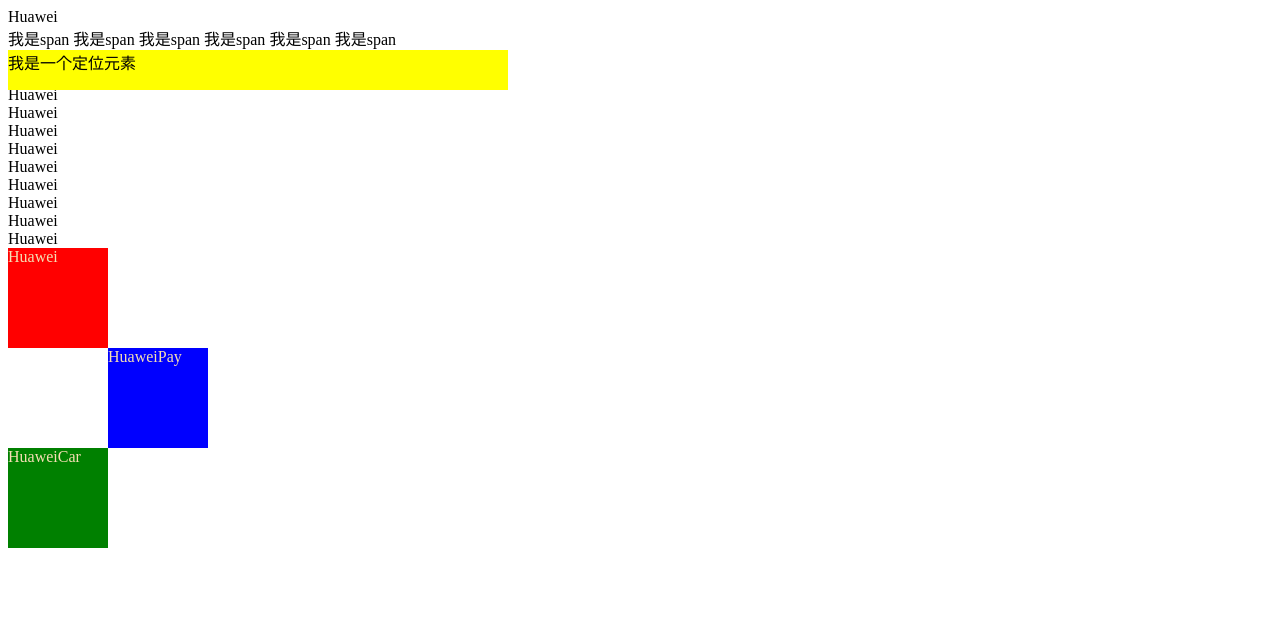
Repository: nanvon/front-end_byhuawei
Page: CSS层级.html
The author's editor kept a copy of each file at every save. The page is drawn from the files as they stood at one save, then again after a run of saves.
The browser window is 1280 px wide. The pictures show the whole page.

Above is the page before, as saved 2020-12-10 20:32:25.

After the next 9 saves:
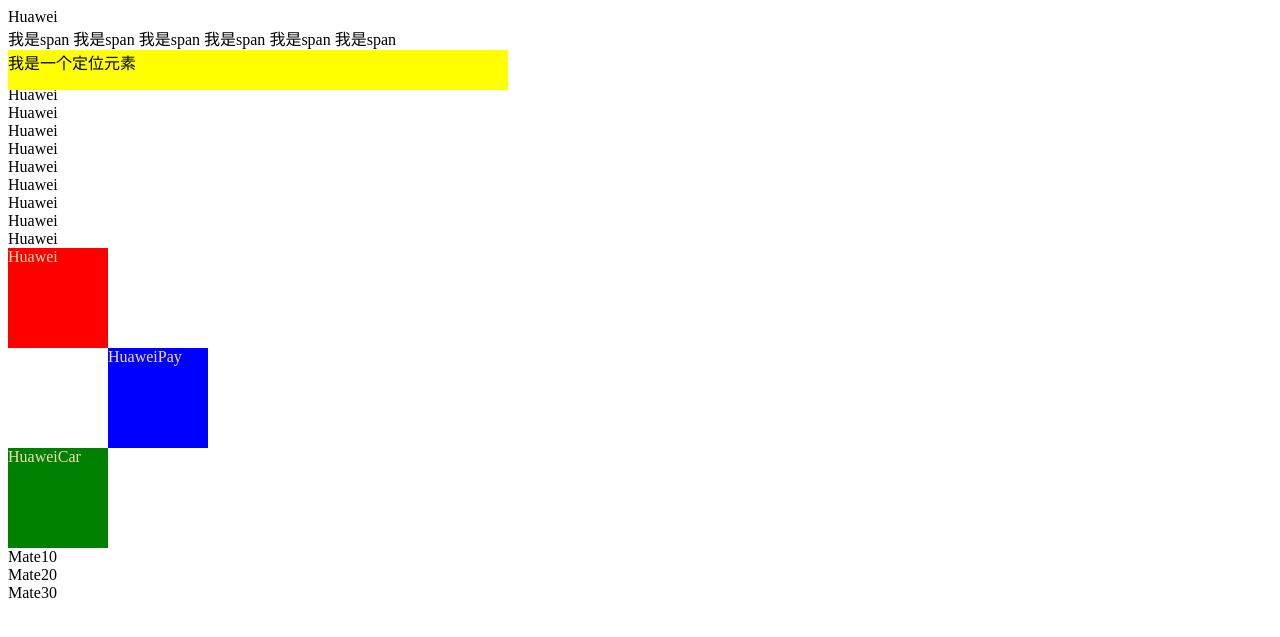
The 9 saves are shown as one change because they came seconds apart.
The last was saved 7 min 0 s later.
--- a/CSS层级.html
+++ b/CSS层级.html
@@ -57,5 +57,10 @@
     <div class="box1">Huawei</div>
     <div class="box2">HuaweiPay</div>
     <div class="box3">HuaweiCar</div>
+
+
+    <div>Mate10</div>
+    <div>Mate20</div>
+    <div>Mate30</div>
 </body>
 </html>
